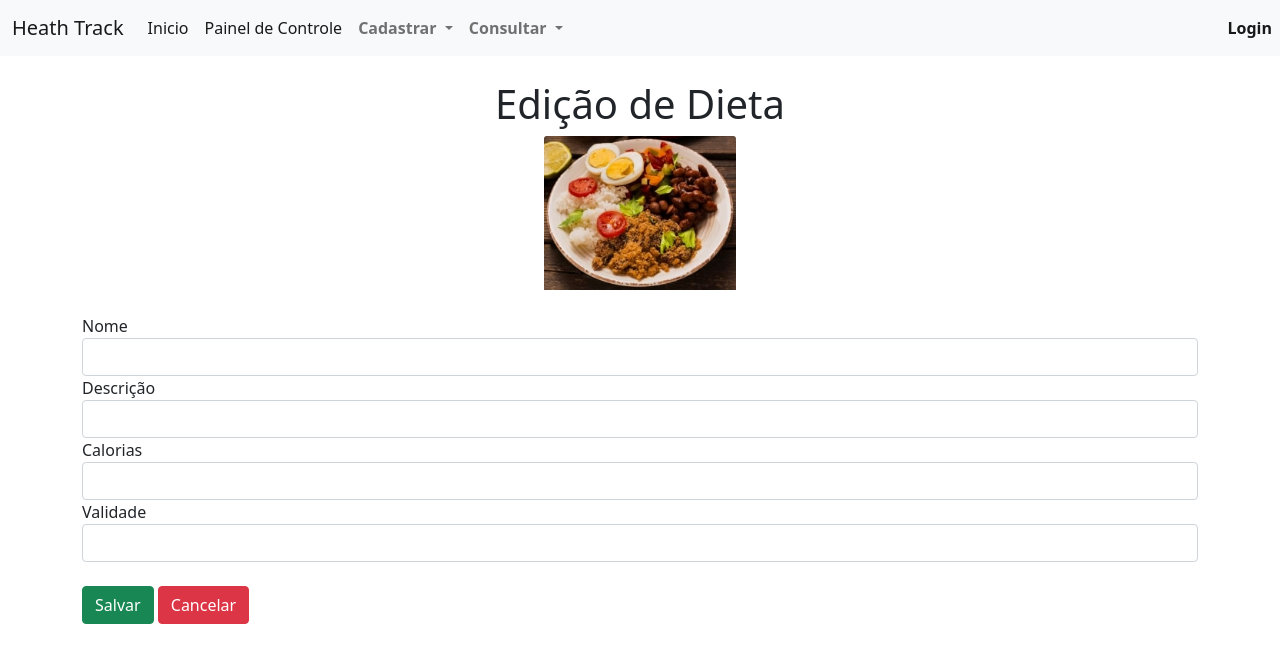
Repository: FellipySantos/HealthTrack_Finalizado
Page: http://localhost/JSPs/edicao-dieta.jsp
The author's editor kept a copy of each file at every save. The page is drawn from the files as they stood at one save, then again after the next save.
The browser window is 1280 px wide. The pictures show the whole page.
The page is served by Tomcat 9. Other server files are loaded and not shown. The template is opened directly, without the code that normally fills it, so the values that code supplies are empty.

Above is the page before, as saved 2021-11-22 23:54:54.

### JSP/JSPs/WebContent/edicao-dieta.jsp
<%@ page language="java" contentType="text/html; charset=ISO-8859-1"
    pageEncoding="ISO-8859-1"%>
<%@ taglib prefix="c" uri="http://java.sun.com/jsp/jstl/core" %>
<%@ taglib prefix="fmt" uri="http://java.sun.com/jsp/jstl/fmt" %>
<!DOCTYPE html PUBLIC "-//W3C//DTD HTML 4.01 Transitional//EN" "http://www.w3.org/TR/html4/loose.dtd">
<html>
<head>
<meta http-equiv="Content-Type" content="text/html; charset=ISO-8859-1">
<title>Atualização de Dieta</title>
<%@ include file="header.jsp" %>
</head>
<body>
<%@ include file="menu.jsp" %>
<div class="container">
    <br>
	<center><h1>Edição de Dieta</h1></center>
	<center> <img src="resources/img/card_imagem_1.jpg" class="card-img-top" alt="..."  style="width: 12rem;"></center>
	<br>
	<c:if test="${not empty msg }">
	<div class="alert alert-success">${msg}</div>
    </c:if>
    <c:if test="${not empty erro }">
	<div class="alert alert-danger">${erro}</div>
    </c:if>
	<form action="dieta" method="post">
		<input type="hidden" value="editar" name="acao">
		<input type="hidden" value="${dieta.codigoDieta}" name="codigo">
		<div class="form-group">
			<label for="id-nome">Nome</label>
			<input type="text" name="nome" id="id-nome" class="form-control" value="${dieta.nome}" >
		</div>
		<div class="form-group">
			<label for="id-descricao">Descrição</label>
			<input type="text" name="descricao" id="id-descricao" class="form-control" value="${dieta.descricao}">
		</div>
		<div class="form-group">
			<label for="id-qtdCal">Calorias</label>
			<input type="text" name="qtdCal" id="id-qtdCal" class="form-control" value="${dieta.qtdCal}">
		</div>
		<div class="form-group">
			<label for="id-validade">Validade</label>
			<input type="text" name="validade" id="id-validade" class="form-control" value="${dieta.validade}">
		</div>
		<br>
		<input type="submit" value="Salvar" class="btn btn-success">
		<a href="dieta?acao=listar" class="btn btn-danger">Cancelar</a>
	</form>
</div>
<%@ include file="footer.jsp" %>
</body>
</html>

### JSP/JSPs/WebContent/header.jsp
<%@ page language="java" contentType="text/html; charset=ISO-8859-1"
    pageEncoding="ISO-8859-1"%>
<!DOCTYPE html>
<html>
<head>
<meta charset="ISO-8859-1">

<link rel="stylesheet" type="text/css" href="resources/css/bootstrap.css">
<link rel="stylesheet" type="text/css" href="resources/css/bootstrap-grid.css">
<link rel="stylesheet" type="text/css" href="resources/css/bootstrap-reboot.css">

<script type="text/javascript" src="resources/js/jquery-3.6.0.min.js"></script>
<script type="text/javascript" src="resources/js/popper.min.js"></script>
<script type="text/javascript" src="resources/js/bootstrap.min.js"></script>
<script type="text/javascript" src="resources/js/bootstrap.min.js"></script>

<script src="https://stackpath.bootstrapcdn.com/bootstrap/4.3.1/js/bootstrap.min.js" integrity="sha384-JjSmVgyd0p3pXB1rRibZUAYoIIy6OrQ6VrjIEaFf/nJGzIxFDsf4x0xIM+B07jRM" crossorigin="anonymous"></script>


</head>






<body>



</body>



</html>

### JSP/JSPs/WebContent/menu.jsp

   <nav class="navbar navbar-expand-lg navbar-light bg-light">
        <div class="container-fluid">
          <a class="navbar-brand" href="index.jsp">Heath Track</a>
          <button class="navbar-toggler" type="button" data-bs-toggle="collapse" data-bs-target="#navbarSupportedContent" aria-controls="navbarSupportedContent" aria-expanded="false" aria-label="Toggle navigation">
            <span class="navbar-toggler-icon"></span>
          </button>
          <div class="collapse navbar-collapse" id="navbarSupportedContent">
            <ul class="navbar-nav me-auto mb-2 mb-lg-0">
              <li class="nav-item">
                <a class="nav-link active" aria-current="page" href="index.jsp">Inicio</a>
              </li>
              <li class="nav-item">
                <a class="nav-link active" aria-current="page" href="painel.jsp">Painel de Controle</a>
              </li>
              <li class="nav-item dropdown">
                <a class="nav-link dropdown-toggle" href="#" id="navbarDropdown" role="button" data-bs-toggle="dropdown" aria-expanded="false">
                  <b>Cadastrar</b>
                </a>
                <ul class="dropdown-menu" aria-labelledby="navbarDropdown">
                  <li><a class="dropdown-item" href="cadastro-dieta.jsp">Dieta</a></li>
                  <li><a class="dropdown-item" href="cadastro-pressao.jsp">Pressão</a></li>
                  <li><a class="dropdown-item" href="cadastro-treino.jsp">Treino</a></li>
                  <li><a class="dropdown-item" href="cadastro-imc.jsp">Imc</a></li>
                   <li><hr class="dropdown-divider"></li>
                  <li><a class="dropdown-item" href="cadastro-atleta.jsp">Atleta</a></li>
                  <li><a class="dropdown-item" href="cadastro-nutri.jsp">Nutricionista</a></li>
                  <li><a class="dropdown-item" href="cadastro-treinador.jsp">Treinador</a></li>
                </ul>
              </li>

                 <li class="nav-item dropdown">
                <a class="nav-link dropdown-toggle" href="#" id="navbarDropdown" role="button" data-bs-toggle="dropdown" aria-expanded="false">
                  <b>Consultar</b>
                </a>
                <ul class="dropdown-menu" aria-labelledby="navbarDropdown">
                  <li><a class="dropdown-item" href="dieta?acao=listar">Dieta</a></li>
                  <li><a class="dropdown-item" href="pressao?acao=listar">Pressão</a></li>
                  <li><a class="dropdown-item" href="treino?acao=listar">Treino</a></li>
                  <li><a class="dropdown-item" href="imc?acao=listar">Imc</a></li>
                  <li><hr class="dropdown-divider"></li>
                  <li><a class="dropdown-item" href="atleta?acao=listar">Atleta</a></li>
                  <li><a class="dropdown-item" href="nutri?acao=listar">Nutricionista</a></li>
                  <li><a class="dropdown-item" href="treinador?acao=listar">Treinador</a></li>
                </ul>
              </li>


            </ul>

          </div>

        </div>
        <div class="collapse navbar-collapse" id="navbarSupportedContent">
          <ul class="navbar-nav me-auto mb-2 mb-lg-0">
            <li class="nav-item">
              <b><a class="nav-link active" aria-current="page" href="login.jsp">Login</a></b>
            </li>
            </ul>
            </div>



      </nav>

### JSP/JSPs/WebContent/footer.jsp
<%@ page language="java" contentType="text/html; charset=ISO-8859-1"
    pageEncoding="ISO-8859-1"%>
<!DOCTYPE html>
<html>
<head>
<meta charset="ISO-8859-1">

<script type="text/javascript" src="resources/js/jquery-3.6.0.min.js"></script>
<script type="text/javascript" src="resources/js/bootstrap.min.js"></script>

</head>





<body>


</body>
</html>

Loaded but not shown: JSP/JSPs/WebContent/resources/css/bootstrap.css (library); JSP/JSPs/WebContent/resources/css/bootstrap-grid.css (library); JSP/JSPs/WebContent/resources/css/bootstrap-reboot.css (library); JSP/JSPs/WebContent/resources/js/jquery-3.6.0.min.js (library); JSP/JSPs/WebContent/resources/js/popper.min.js (library); JSP/JSPs/WebContent/resources/js/bootstrap.min.js (library)

After the next save:
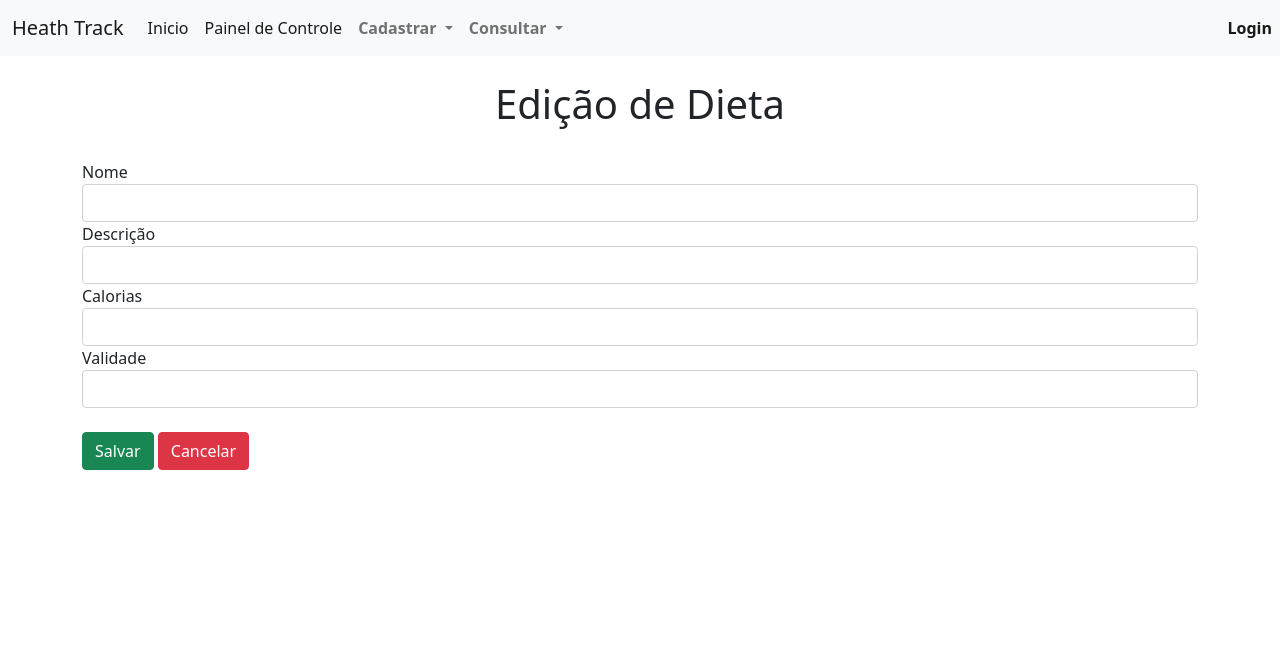
Saved 18 s later.
--- a/JSP/JSPs/WebContent/edicao-dieta.jsp
+++ b/JSP/JSPs/WebContent/edicao-dieta.jsp
@@ -14,7 +14,7 @@
 <div class="container">
     <br>
 	<center><h1>Edição de Dieta</h1></center>
-	<center> <img src="resources/img/card_imagem_1.jpg" class="card-img-top" alt="..."  style="width: 12rem;"></center>
+
 	<br>
 	<c:if test="${not empty msg }">
 	<div class="alert alert-success">${msg}</div>
